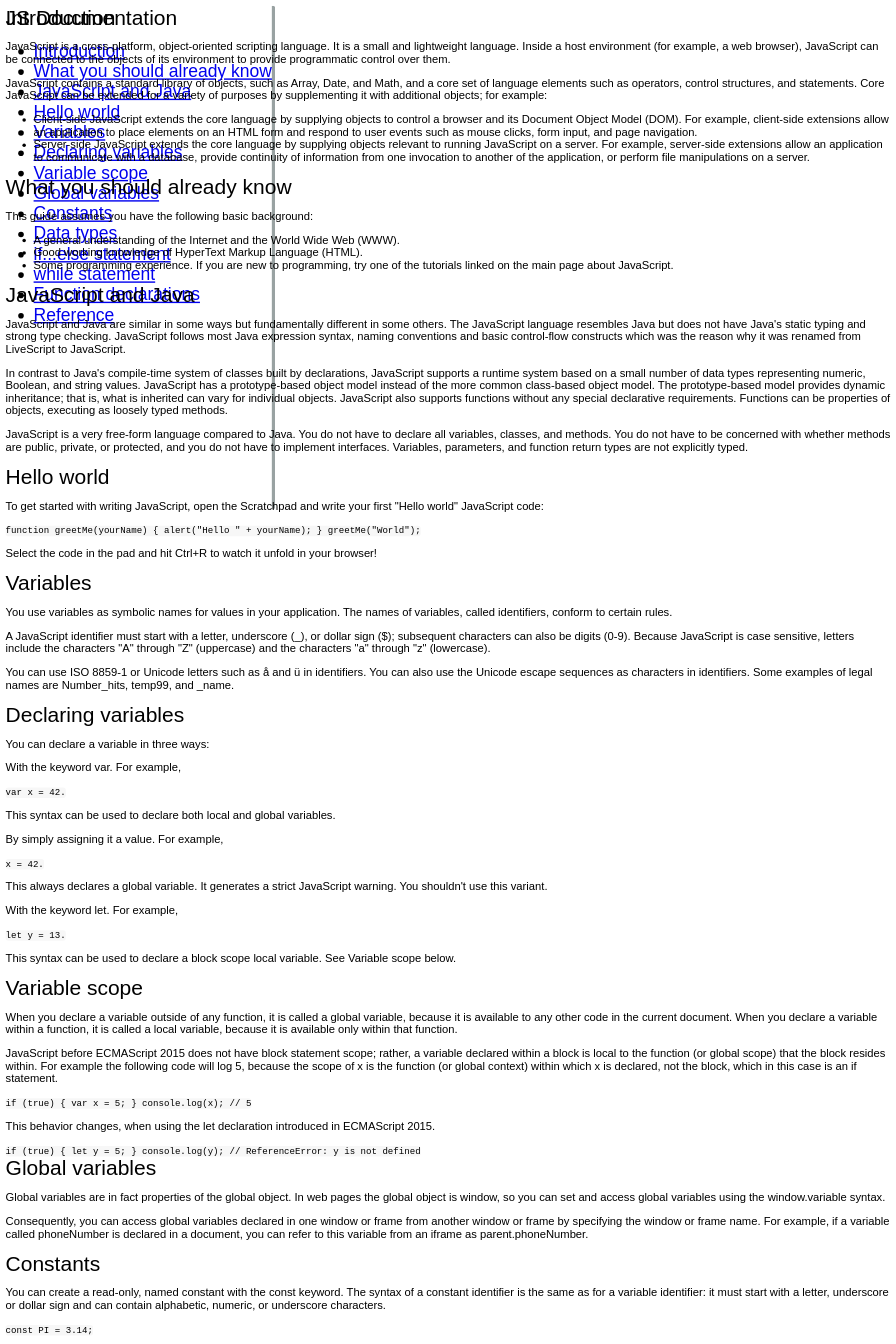
Repository: Lungdjos/technical_document_page_certificate
Page: index.html
An editor plug-in stored every save of this project. The page is shown before and after a run of saves, followed by the edit.
The browser window is 1280 px wide. The pictures show the part of the page from y = 0 to 1920 px (the page is 3812 px tall), at 70% of full size.

Above is the page before, as saved 2023-11-21 07:52:35.

After the next 3 saves:
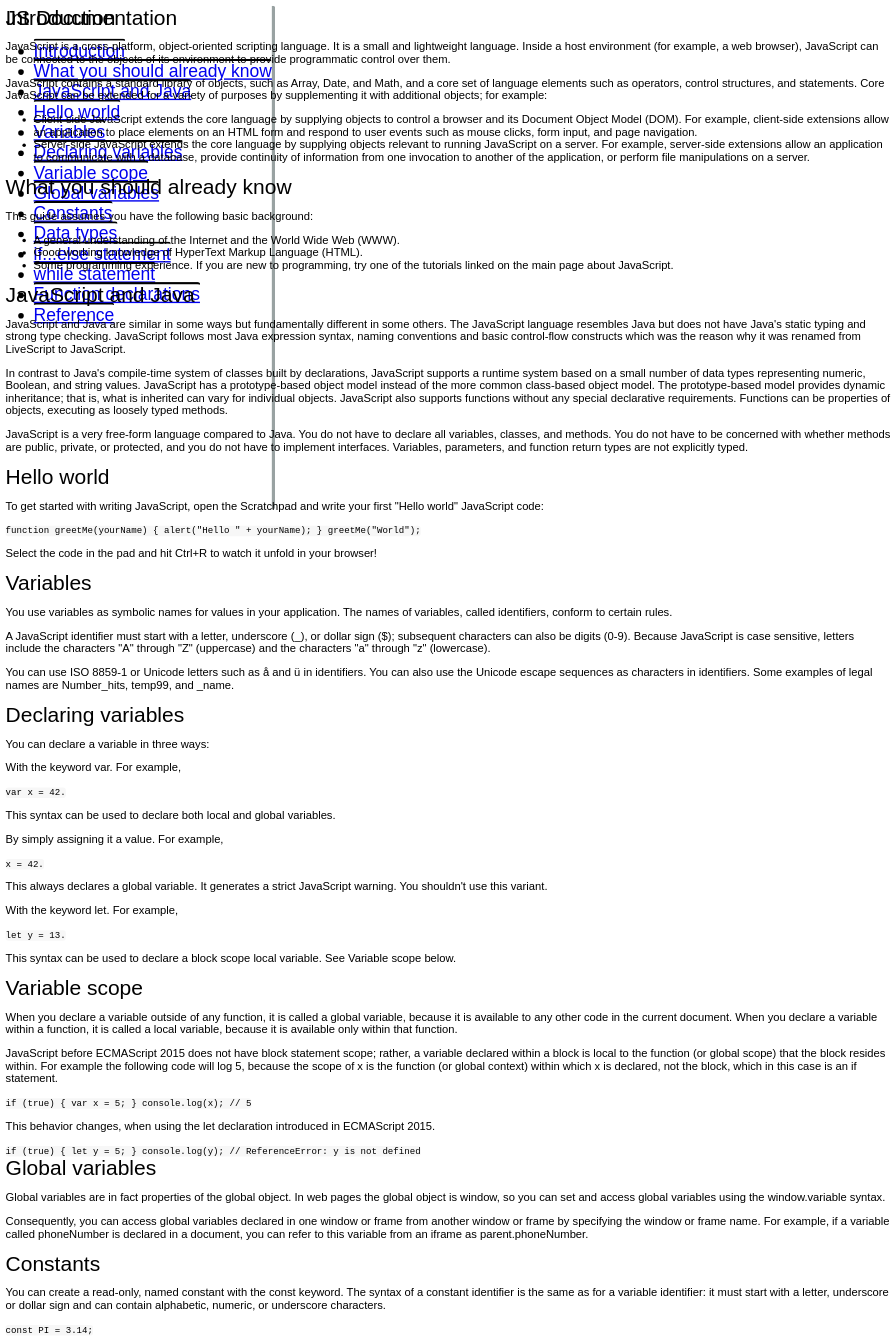
The 3 saves are shown as one change because they came seconds apart.
The last was saved 9 s later.
--- a/styles.css
+++ b/styles.css
@@ -35,7 +35,7 @@
 
 .nav-link {
     list-style-type: none;
-    border-top: ;
+    border-top: 3px solid #000;
 }
 
 

After the save that followed:
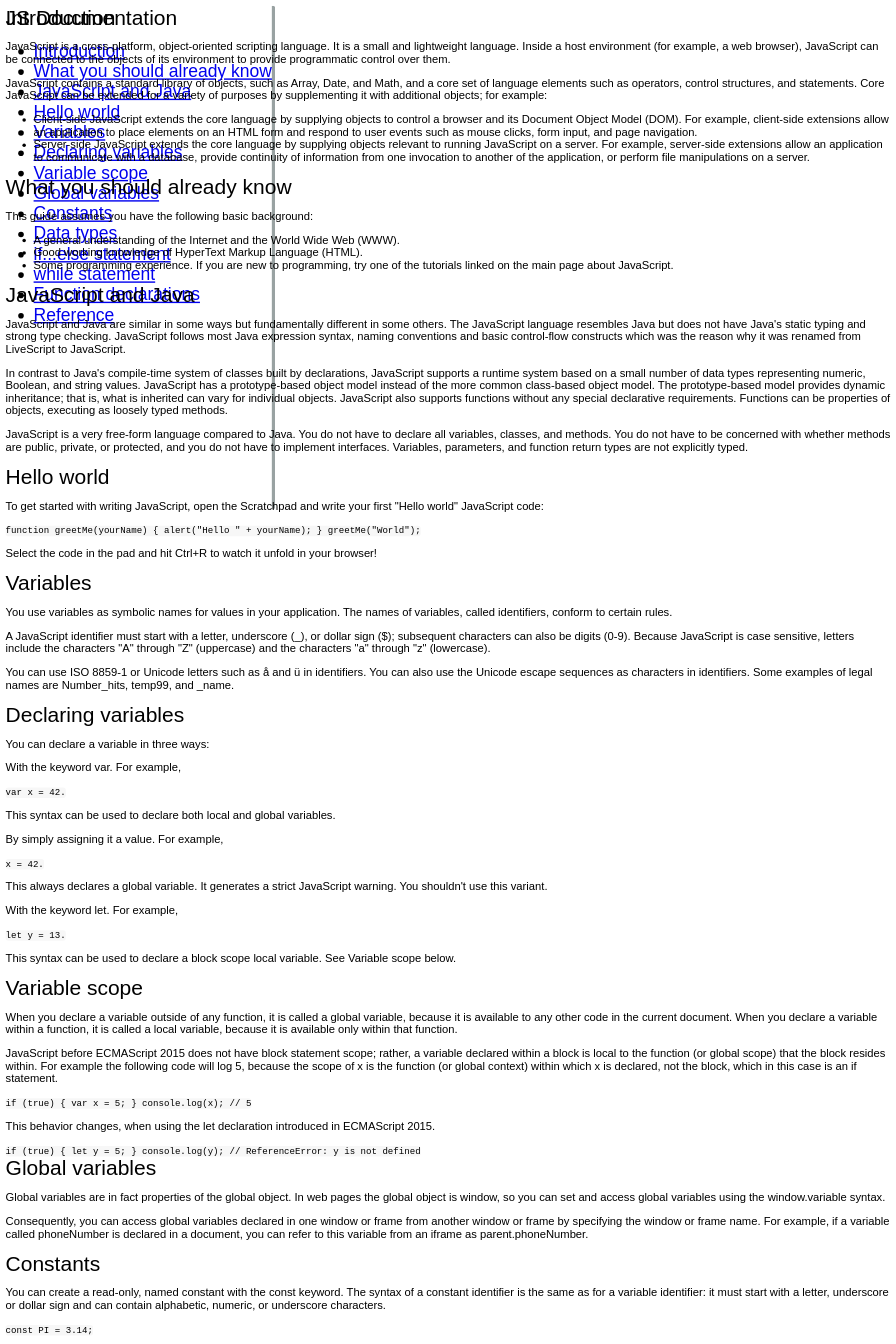
Saved 61 s later.
--- a/styles.css
+++ b/styles.css
@@ -33,7 +33,7 @@
     font-weight: 400;
 }
 
-.nav-link {
+li.nav-link {
     list-style-type: none;
     border-top: 3px solid #000;
 }
